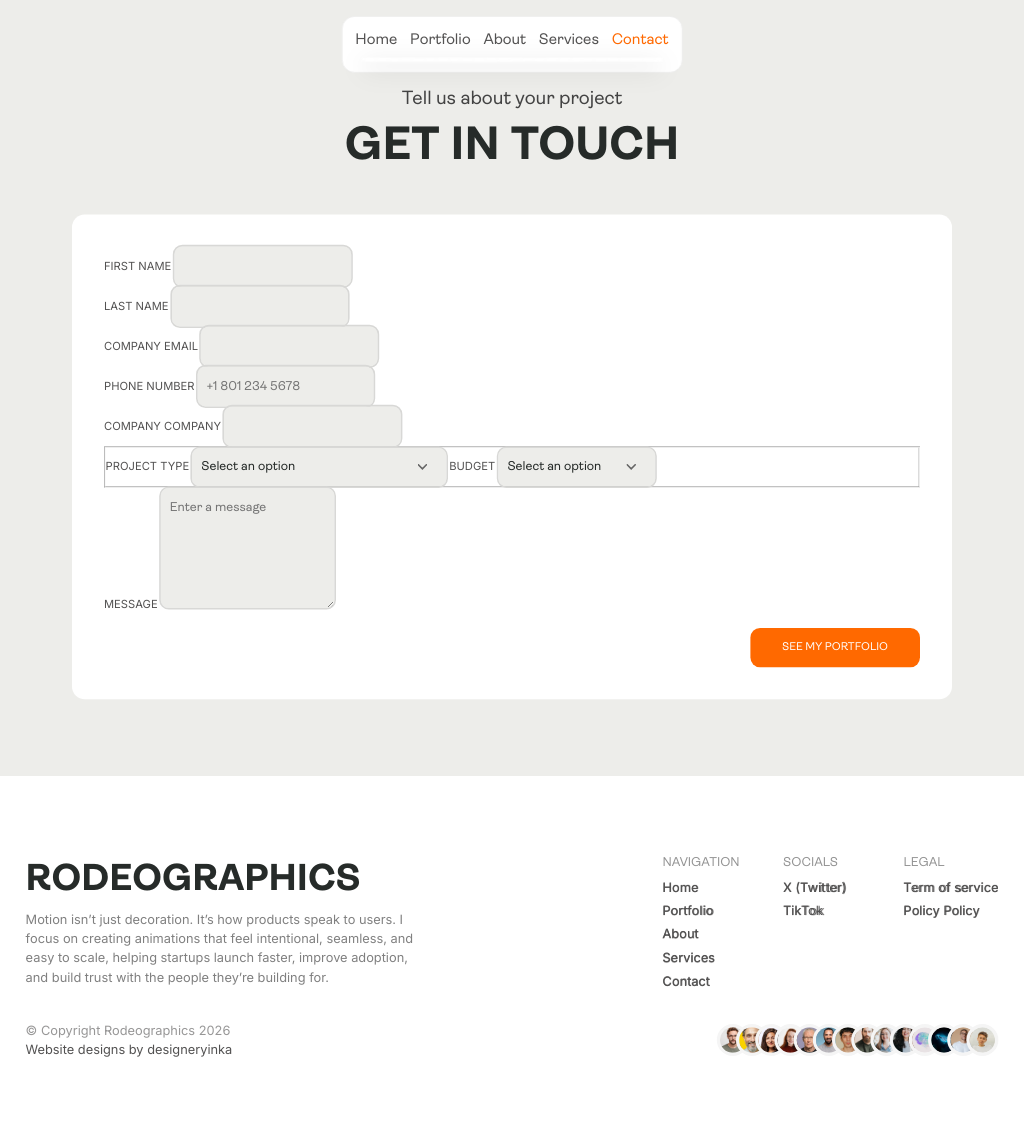
Repository: Ajeyinka/RodeoGraphics
Page: contact.html
These files come from the project's save history. The page is drawn as it stood at one moment and after the next save; the edit follows.
The browser window is 1280 px wide. The pictures show the whole page, at 80% of full size.

Above is the page before, as saved 2026-02-21 21:09:07.
Console error: ReferenceError: gsap is not defined

### contact.html
<!DOCTYPE html>
<html lang="en">
  <head>
    <meta charset="UTF-8" />
    <meta name="viewport" content="width=device-width, initial-scale=1.0" />
    <title>Contact | Motion Design for Startups</title>

    <meta
      name="description"
      content="Get in touch to discuss motion design for your product, startup, or upcoming launch."
    />
    <meta property="og:title" content="Contact | Motion Design for Startups" />
    <meta
      property="og:description"
      content="Get in touch to discuss motion design for your product, startup, or upcoming launch."
    />
    <meta property="og:image" content="" />
    <meta property="og:type" content="website" />
    <meta property="og:url" content="" />
    <script src="script.js" defer></script>
    <link rel="stylesheet" href="style.css" />
    <link
      rel="shortcut icon"
      href="images/favicon.ico.png"
      sizes="32x32"
      type="image/png"
    />
  </head>
  <body>
    <nav class="section_nav">
      <div class="container_large">
        <div class="container_nav">
          <div class="two-col-flex">
            <div class="nav_brand">
              <a href="index.html" class="nav_brand-link">
                <span>Rodeographics</span>
              </a>
            </div>
            <a href="#" class="toggle_button" id="toggle_button">
              <span class="bar one"></span>
              <span class="bar two"></span>
            </a>
          </div>
          <!-- Brand / Logo -->

          <!-- Navigation Menu -->
          <div class="nav_menu">
            <ul class="nav_list">
              <li class="nav_item">
                <a href="index.html" class="nav_link">Home</a>
              </li>
              <li class="nav_item">
                <a href="portfolio.html" class="nav_link">Portfolio</a>
              </li>

              <li class="nav_item">
                <a href="about.html" class="nav_link">About</a>
              </li>

              <li class="nav_item">
                <a href="services.html" class="nav_link">Services</a>
              </li>

              <li class="nav_item">
                <a href="contact.html" class="nav_link">Contact</a>
              </li>
            </ul>
          </div>
        </div>
      </div>
    </nav>

    <main>
      <section class="section_contact">
        <div class="container_large">
          <div class="padding_global">
            <div class="form_component">
              <div class="title-top">
                <p class="tag">Tell us about your project</p>
                <h1>GET IN TOUCH</h1>
              </div>
            </div>
            <div class="form-block">
              <form action="https://formspree.io/f/xzdapnao" method="POST">
                <div class="form-group">
                  <label for="fname">First Name</label>
                  <input
                    type="text"
                    name="first_name"
                    class="input"
                    id="fName"
                    required
                  />
                </div>
                <div class="form-group">
                  <label for="lname">Last Name</label>
                  <input
                    type="text"
                    name="last_name"
                    class="input"
                    id="lName"
                    required
                  />
                </div>
                <div class="form-group">
                  <label for="email">Company Email</label>
                  <input
                    type="email"
                    name="company_email"
                    class="input"
                    id="email"
                    required
                  />
                </div>
                <div class="form-group">
                  <label for="tel"> Phone Number</label>
                  <input
                    type="tel"
                    class="input phone-input"
                    placeholder="+1 801 234 5678"
                    inputmode="tel"
                    autocomplete="tel"
                    id="tel"
                  />
                </div>

                <div class="form-group">
                  <label for="company">Company</label>
                  <label for="company">
                    Company
                    <input
                      type="text"
                      name="company"
                      class="input"
                      id="company"
                    />
                  </label>
                </div>

                <fieldset>
                  <label>
                    Project Type
                    <select class="input select" name="project type">
                      <option value="" disabled selected>
                        Select an option
                      </option>
                      <option value="saas">SaaS/Explainer Video</option>
                      <option value="2d explainer">2D Explainer Video</option>
                      <option value="logo">Logo Animation</option>
                      <option value="ai vide0">
                        AI branding/product Launch Video
                      </option>
                      <option value="website">Website Interphase</option>
                      <option value="short form">Short Form Edit Video</option>
                    </select>
                  </label>
                  <label>
                    Budget
                    <select class="input select" name="budget">
                      <option value="" disabled selected>
                        Select an option
                      </option>
                      <option value="$0-$200">$0-$200</option>
                      <option value="$200-$500">$200-$500</option>
                      <option value="$500-$1000">$500-$1000</option>
                      <option value="$1000-above">$1000 and Above</option>
                    </select>
                  </label>
                </fieldset>
                <div class="form-group">
                  <label for="message">Message</label>
                  <textarea
                    name="textarea"
                    id="textarea"
                    class="input"
                    placeholder="Enter a message"
                  ></textarea>
                </div>

                <div class="input-submit">
                  <button type="submit" class="button-submit button">
                    <span class="text text-primary">See my portfolio</span>
                  </button>
                </div>
                <div class="form-success">
                  Thanks for reaching out. I’ll get back to you within 24 hours.
                </div>
              </form>
            </div>
          </div>
        </div>
      </section>
    </main>
    <footer>
      <div class="container_large">
        <div class="padding_global">
          <div class="footer-grid">
            <div class="footer-left">
              <h2>Rodeographics</h2>
              <p>
                Motion isn’t just decoration. It’s how products speak to users.
                I focus on creating animations that feel intentional, seamless,
                and easy to scale, helping startups launch faster, improve
                adoption, and build trust with the people they’re building for.
              </p>
            </div>
            <div class="footer-right">
              <div class="footer_link-wrapper">
                <div class="footer_links">
                  <h4>Navigation</h4>
                  <a href="index.html" class="footer_link">Home</a>
                  <a href="portfolio.html" class="footer_link">Portfolio</a>
                  <a href="about.html" class="footer_link">About</a>
                  <a href="services.html" class="footer_link">Services</a>
                  <a href="contact.html" class="footer_link">Contact</a>
                </div>
                <div class="footer_links">
                  <h4>Socials</h4>
                  <a href="https://x.com/designerola01" class="footer_link"
                    >X (Twitter)</a
                  >

                  <a
                    href="https://www.tiktok.com/@rodeodesigns?_r=1&_t=ZS-93MZgyCcf5N"
                    class="footer_link"
                    >TikTok</a
                  >
                </div>
                <div class="footer_links">
                  <h4>Legal</h4>
                  <a href="services.html" class="footer_link"
                    >Term of service</a
                  >

                  <a href="privacy.html" class="footer_link">Policy Policy</a>
                </div>
              </div>
            </div>
          </div>
          <div class="footer-bottom">
            <div>
              <p class="Copyright">© Copyright Rodeographics 2026</p>
              <a href="https://designeryinka.com/" target="_blank"
                >Website designs by designeryinka</a
              >
            </div>

            <div class="footer_proof">
              <img src="images/1.png" alt="" />
              <img src="images/2.png" alt="" />
              <img src="images/3.png" alt="" />
              <img src="images/4.png" alt="" />
              <img src="images/5.png" alt="" />
              <img src="images/6.png" alt="" />
              <img src="images/adewale.png" alt="" />
              <img src="images/adewale1.png" alt="" />
              <img src="images/adewale2.png" alt="" />
              <img src="images/adewale4.png" alt="" />
              <img src="images/adewalw5.png" alt="" />
              <img src="images/adewale6.png" alt="" />
              <img src="images/adewale7.png" alt="" />
              <img src="images/adewalw8.png" alt="" />
            </div>
          </div>
        </div>
      </div>
    </footer>
  </body>
</html>

Loaded but not shown: script.js (338 lines, source omitted); style.css (1908 lines, source omitted)

After the next save:
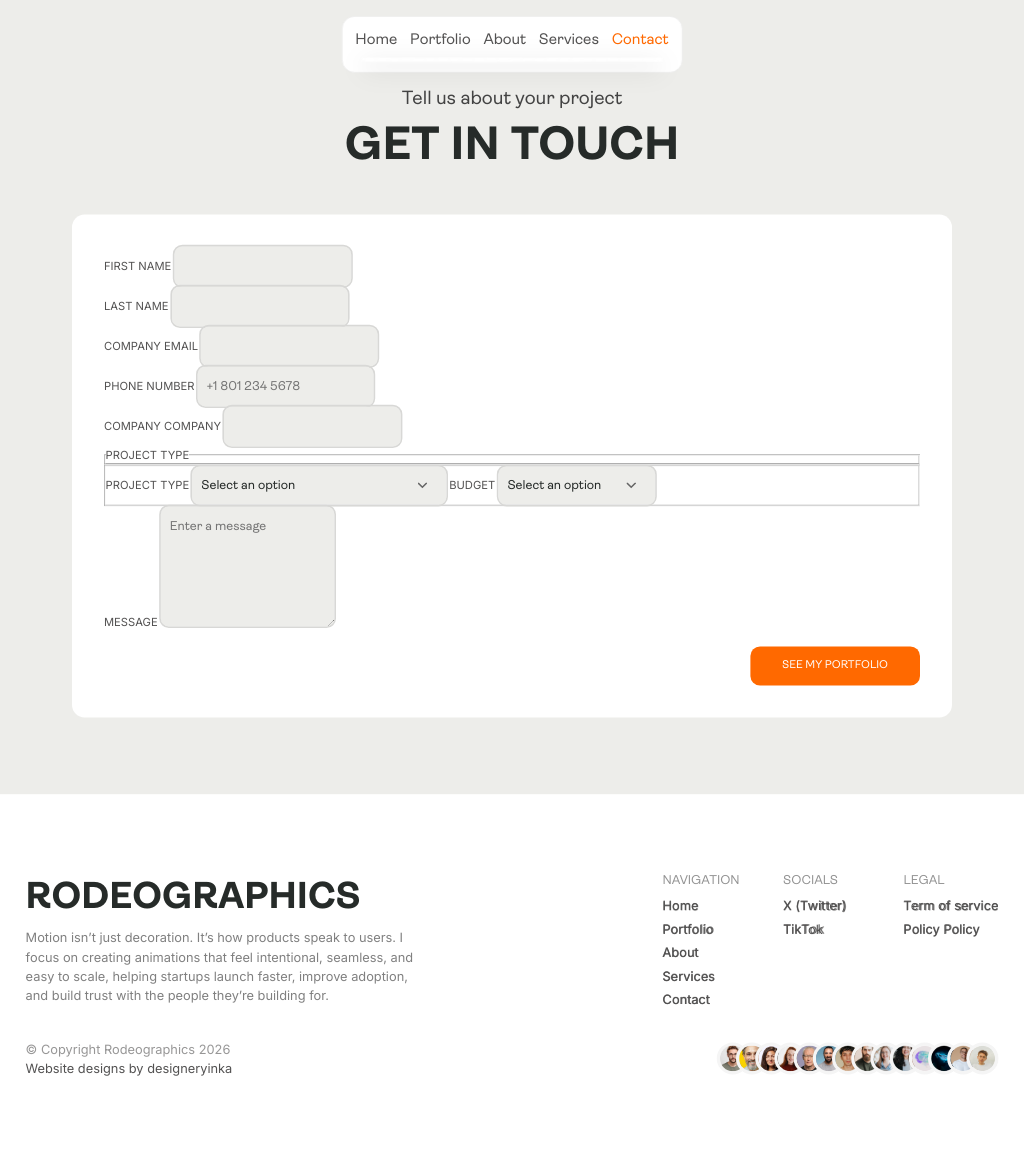
Saved 74 s later.
--- a/contact.html
+++ b/contact.html
@@ -138,6 +138,10 @@
                 </div>
 
                 <fieldset>
+                  <legend>Project Type</legend>
+                </fieldset>
+
+                <fieldset>
                   <label>
                     Project Type
                     <select class="input select" name="project type">
